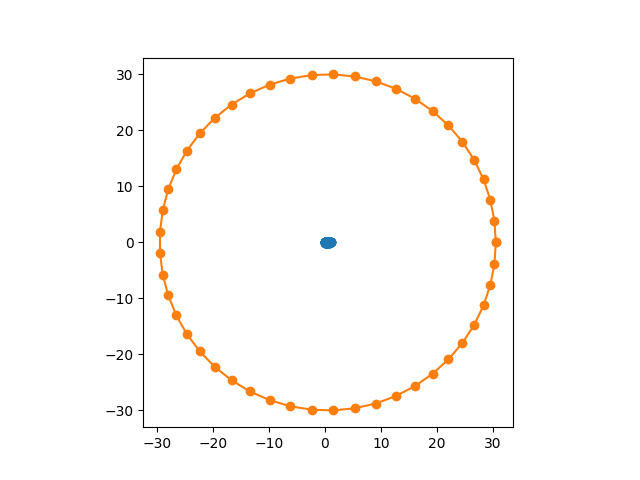
Repository: leiradom/CFDhomework
Script's output: python Laplaceequation/Meshgeneration.py
These files come from the project's save history. The script's output is drawn as it stood at one moment and after the next save; the edit follows.
Random numbers start from a fixed seed.

Above is the script's output before, as saved 2021-04-07 11:05:35.

### Laplaceequation/Meshgeneration.py
import math
import numpy as np
import matplotlib.pyplot as plt


# n1 = int(input("请输入翼型表面离散点数"))
# n2 = int(input("请输入近场到远场离散点数"))
#NACA0012表面坐标
#y1 = 0.6 * (-0.1015 * x**4 + 0.2843 * x**3 - 0.3576 * x**2 - 0.1221 * x + 0.2969 * x ** 0.5)
#y2 = -0.6 * (-0.1015 * x**4 + 0.2843 * x**3 - 0.3576 * x**2 - 0.1221 * x + 0.2969 * x ** 0.5)

#沿x轴等间距变化翼型表面,这样不好
'''
for i in range (0,101):
    x = 0.01 *  i
    y1 = 0.6 * (-0.1015 * x**4 + 0.2843 * x**3 - 0.3576 * x**2 - 0.1221 * x + 0.2969 * x ** 0.5)
    y2 = -0.6 * (-0.1015 * x**4 + 0.2843 * x**3 - 0.3576 * x**2 - 0.1221 * x + 0.2969 * x ** 0.5)
    X[i] = x
    Y1[i] = y1
    Y2[i] = y2
plt.plot(X,Y1,'-o')
plt.plot(X,Y2,'-o')
plt.show()
'''

#print(math.cos(60/57.3))  #测试python中使用的是弧度制

n1 = 50
n2 = 50

#这里用linspace
Theta = np.linspace(0,2*math.pi,num = n1)
X0 = 0.5 * (1 + np.cos(Theta))
Y0 = np.ones(n1)
X1 = np.ones(n1)
Y1 = np.ones(n1)
X = np.ones([n1,n2])
Y = np.ones([n1,n2])

for i in range(0,n1):
    if(Theta[i]<math.pi):
        y = 0.6 * (-0.1015 * X0[i]**4 + 0.2843 * X0[i]**3 - 0.3576 * X0[i]**2 - 0.1221 * X0[i] + 0.2969 * X0[i] ** 0.5)
    else:
        y = -0.6 * (-0.1015 * X0[i]**4 + 0.2843 * X0[i]**3 - 0.3576 * X0[i]**2 - 0.1221 * X0[i] + 0.2969 * X0[i] ** 0.5)
    Y0[i] = y
    X1[i] = 30 * math.cos(Theta[i]) + 0.5
    Y1[i] = 30 * math.sin(Theta[i])
    print(X0[i],Y0[i])
    for j in range(0,n2):
        dx = (X1[i] - X0[i]) / n2
        dy = (Y1[i] - Y0[i]) / n2
        X[i][j] = X0[i] + j * dx
        Y[i][j] = Y0[i] + j * dy


# 共用一个show()即可
plt.plot(X0,Y0,'-o')
plt.plot(X1,Y1,'-o')
plt.axis('square')
plt.show()


'''
#解Laplace方程
dcy = 1     #求解域的横坐标离散
dyt = 1     #求解域的纵坐标离散

alpha = 000
beta  = 000
gama  = 000


X[i][j] =

Y[i][j] =

'''

After the next save:
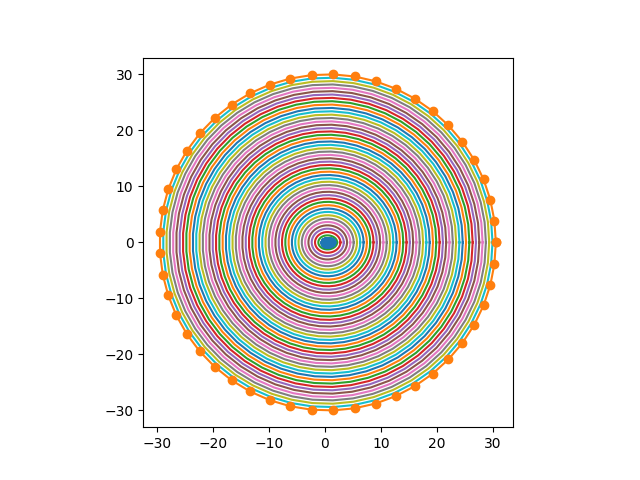
Saved 43 s later.
--- a/Laplaceequation/Meshgeneration.py
+++ b/Laplaceequation/Meshgeneration.py
@@ -53,6 +53,9 @@
         Y[i][j] = Y0[i] + j * dy
 
 
+plt.plot(X,Y)
+
+
 # 共用一个show()即可
 plt.plot(X0,Y0,'-o')
 plt.plot(X1,Y1,'-o')

After the save that followed:
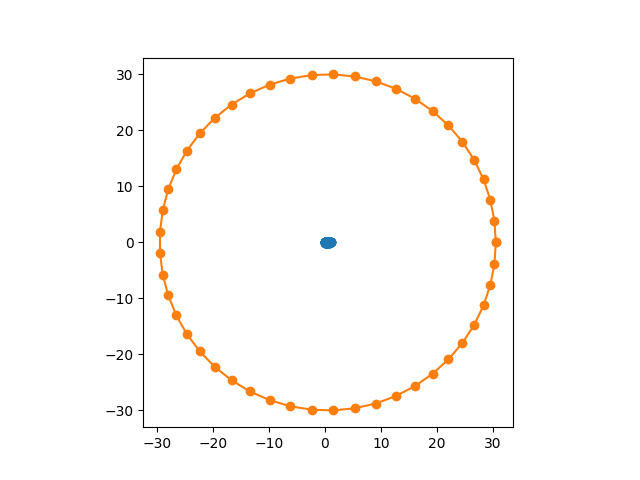
Saved 61 s later.
--- a/Laplaceequation/Meshgeneration.py
+++ b/Laplaceequation/Meshgeneration.py
@@ -53,7 +53,7 @@
         Y[i][j] = Y0[i] + j * dy
 
 
-plt.plot(X,Y)
+print(X,Y)
 
 
 # 共用一个show()即可
